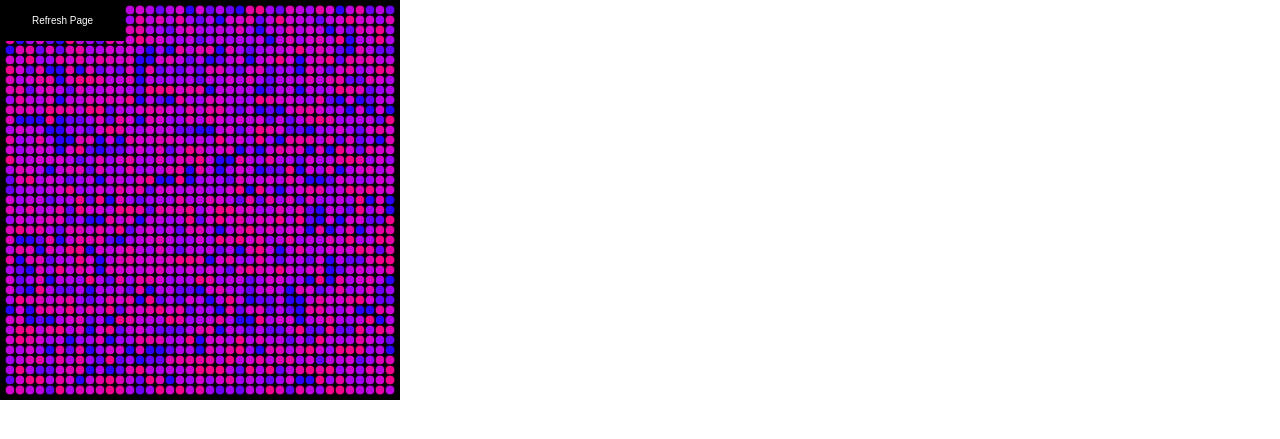
Repository: patriciqa/GenComp
Page: content/day02/pattern/index.html
An editor plug-in stored every save of this project. The page is shown before and after the next save, followed by the edit.
The browser window is 1280 px wide. The pictures show the whole page.

Above is the page before, as saved 2021-09-30 11:19:50.

### content/day02/pattern/index.html
<!DOCTYPE html>
<html lang="en">
  <head>
    <meta charset="utf-8" />
    <meta name="viewport" content="width=device-width, initial-scale=1.0">

    <title>Sketch</title>

    <link rel="stylesheet" type="text/css" href="style.css">

    <script src="libraries/p5.min.js"></script>
    <script src="libraries/p5.sound.min.js"></script>
  </head>

  <body>
    <script src="circlePattern.js"></script>
    <div id="refresh-button">
    <button onclick="window.location.reload();">Refresh Page</button>
  </div>
  </body>
</html>

### content/day02/pattern/style.css
html, body {
  margin: 0;
  padding: 0;
}

canvas {
  display: block;
}

button {
  position: relative;
  background-color: black;
  border: none;
  color: white;
  padding: 15px 32px;
  text-align: center;
  text-decoration: none;
  display: inline-block;
  font-size: 10px;
  top: 30%;
}
#refresh-button {
position: absolute;
}

### content/day02/pattern/circlePattern.js
// /* CSS HEX */
// --blue: #2d00f7ff;
// --electric-indigo: #6a00f4ff;
// --electric-violet: #8900f2ff;
// --purple-x-11: #a100f2ff;
// --purple-x-11-2: #b100e8ff;
// --electric-purple: #bc00ddff;
// --steel-pink: #d100d1ff;
// --steel-pink-2: #db00b6ff;
// --fashion-fuchsia: #e500a4ff;
// --magenta-process: #f20089ff;
let CSS_COLOR_NAMES = [
  '#2d00f7ff',
  '#6a00f4ff',
  '#a100f2ff',
  '#b100e8ff',
  '#bc00ddff',
  ' #d100d1ff',
  '#db00b6ff',
  '#e500a4ff',
  '#f20089ff'
];

let counter = 0
function setup() {
  createCanvas(400, 400);
  stroke(0)
  noLoop();
}

function draw() {
  background('black');

  for (let x = 10; x < width; x += 10) {
    for (let y = 10; y < height; y += 10) {
      stroke(0);
      let randomColor = CSS_COLOR_NAMES[Math.floor(Math.random()*CSS_COLOR_NAMES.length)];
      fill(randomColor);

      ellipse(x, y, 10, 10);
      counter++;
    }
  }
}

Loaded but not shown: content/day02/pattern/libraries/p5.min.js (library); content/day02/pattern/libraries/p5.sound.min.js (library)

After the next save:
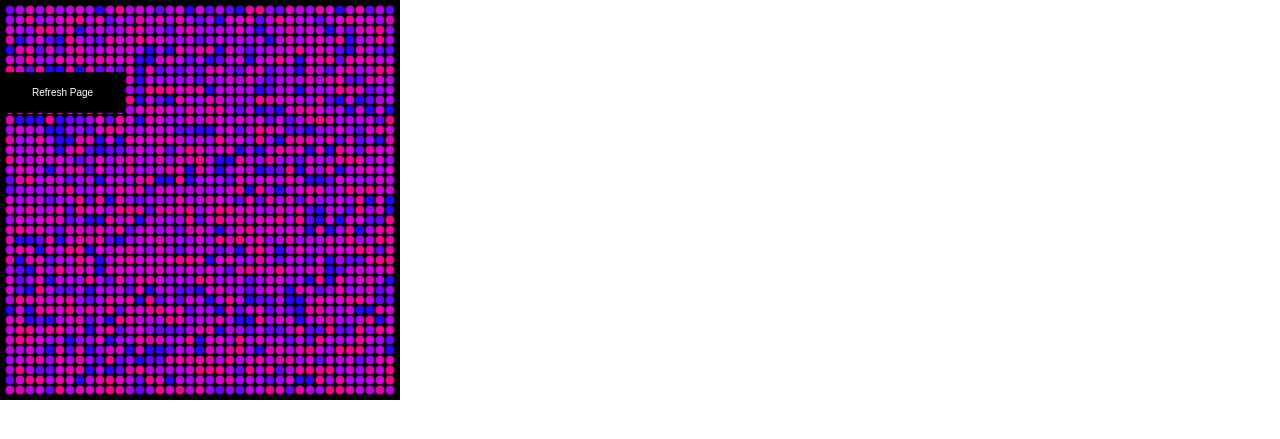
Saved 16 min 40 s later.
--- a/content/day02/pattern/style.css
+++ b/content/day02/pattern/style.css
@@ -17,8 +17,9 @@
   text-decoration: none;
   display: inline-block;
   font-size: 10px;
-  top: 30%;
 }
 #refresh-button {
 position: absolute;
+top: 10%;
+
 }
